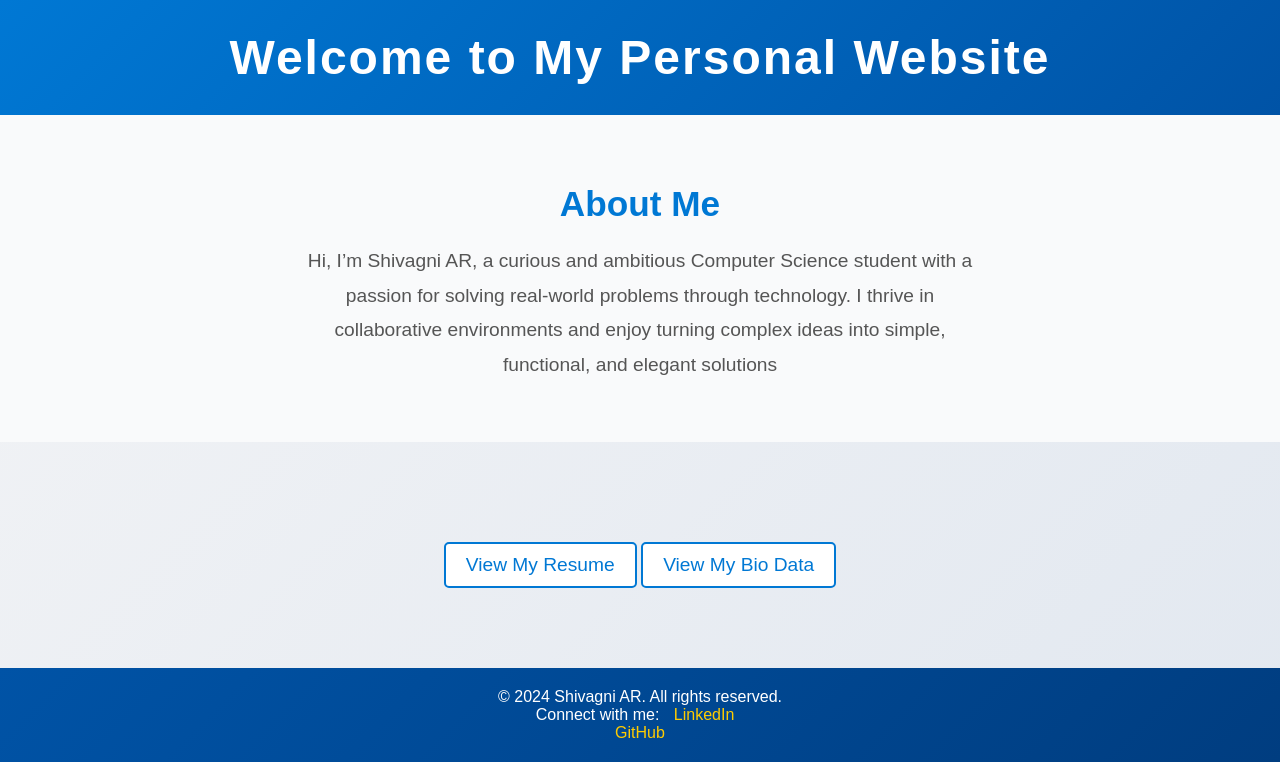
Repository: shivagni518/WEB-1
Page: index.html
These files come from the project's save history. The page is drawn as it stood at one moment and after the next save; the edit follows.
The browser window is 1280 px wide. The pictures show the whole page.

Above is the page before, as saved 2024-12-01 16:29:37.

### index.html
<!DOCTYPE html>
<html lang="en">
<head>
    <meta charset="UTF-8">
    <meta name="viewport" content="width=device-width, initial-scale=1.0">
    <title>Home - Personal Website</title>
    <style>
    /* General Styles */
    body {
        font-family: 'Poppins', sans-serif;
        margin: 0;
        padding: 0;
        background: linear-gradient(135deg, #f3f4f6, #e2e8f0);
        color: #333;
        overflow-x: hidden;
    }

    /* Header Styling */
    header {
        background: linear-gradient(135deg, #0078d4, #0053a6);
        color: white;
        text-align: center;
        padding: 30px 0;
        position: relative;
    }

    header h1 {
        font-size: 3em;
        margin: 0;
        font-weight: bold;
        letter-spacing: 2px;
    }

    nav {
        margin-top: 15px;
    }

    nav a {
        color: white;
        text-decoration: none;
        margin: 0 20px;
        font-size: 1.3em;
        padding: 8px 12px;
        border-radius: 5px;
        transition: background 0.3s, transform 0.3s;
    }

    nav a:hover {
        background: rgba(255, 255, 255, 0.2);
        transform: scale(1.1);
    }

    /* Hero Section Styling */
    .hero {
        text-align: center;
        padding: 80px 20px;
        /* background: url('https://via.placeholder.com/1920x1080') no-repeat center center/cover; */
        color: white;
        /* box-shadow: inset 0 0 2000px rgba(0, 0, 0, 0.3); */
    }

    .hero h2 {
        font-size: 2.5em;
        margin-bottom: 20px;
    }

    .hero p {
        font-size: 1.2em;
        line-height: 1.8;
        max-width: 700px;
        margin: 0 auto;
        padding: 10px;
        background: rgba(0, 0, 0, 0.5);
        border-radius: 10px;
    }

    /* Main Content */
    main {
        text-align: center;
        padding: 40px 20px;
        background-color: #f9fafb;
    }

    main h2 {
        font-size: 2.2em;
        color: #0078d4;
        margin-bottom: 20px;
    }

    main p {
        font-size: 1.2em;
        line-height: 1.8;
        max-width: 700px;
        margin: 20px auto;
        color: #555;
    }

    /* Footer Styling */
    footer {
        background: linear-gradient(135deg, #0053a6, #003d80);
        color: white;
        text-align: center;
        padding: 20px 0;
        position: relative;
    }

    footer p {
        margin: 0;
        font-size: 1em;
    }

    footer a {
        color: #ffcc00;
        text-decoration: none;
        margin: 0 10px;
        transition: color 0.3s;
    }

    footer a:hover {
        color: #ffffff;
    }

    /* Button Styles */
    .button {
        display: inline-block;
        padding: 10px 20px;
        font-size: 1.2em;
        color: #0078d4;
        background: white;
        border: 2px solid #0078d4;
        border-radius: 5px;
        text-decoration: none;
        margin-top: 20px;
        transition: background 0.3s, color 0.3s;
    }

    .button:hover {
        background: #0078d4;
        color: white;
    }
</style>
</head>
<body>
    <header>
        <h1>Welcome to My Personal Website</h1>
        <!-- <nav>
            <a href="index.html">Home</a>
            <a href="resume.html">Resume</a>
            <a href="biodata.html">Bio-data</a>
        </nav> -->
    </header>
    <main>
        <h2>About Me</h2>
        <p>
            Hi, I’m Shivagni AR, a curious and ambitious Computer Science student with a passion for solving real-world problems through technology. I thrive in collaborative environments and enjoy turning complex ideas into simple, functional, and elegant solutions
        </p>
    </main>

    <section class="hero">
        <!-- <h2>Hello, I'm Shivagni AR</h2>
        <p>
            I am passionate about Computer Science. Explore this website to learn more about my journey, skills, and achievements. Dive into my resume or bio-data to know me better!
        </p> -->
        <a href="resume.html" class="button">View My Resume</a>
        <a href="biodata.html" class="button">View My Bio Data</a>
    </section>

    <!-- <main>
        <h2>About Me</h2>
        <p>
            Welcome to my personal website! I am Shivagni AR, a SOFTWARE Engineering with a passion for New Ideas.
            I have expertise in logic thinking and a keen interest in coding.
        </p>
    </main> -->

    <footer>
        <p>&copy; 2024 Shivagni AR. All rights reserved.</p>
        <p>Connect with me:
             <a href="www.linkedin.com/in/shivagni-ar-656331263" target="_blank">LinkedIn</a></p>
            <a href="https://github.com/shivagni518">GitHub</a>
        </p>
    </footer>
</body>
</html>

After the next save:
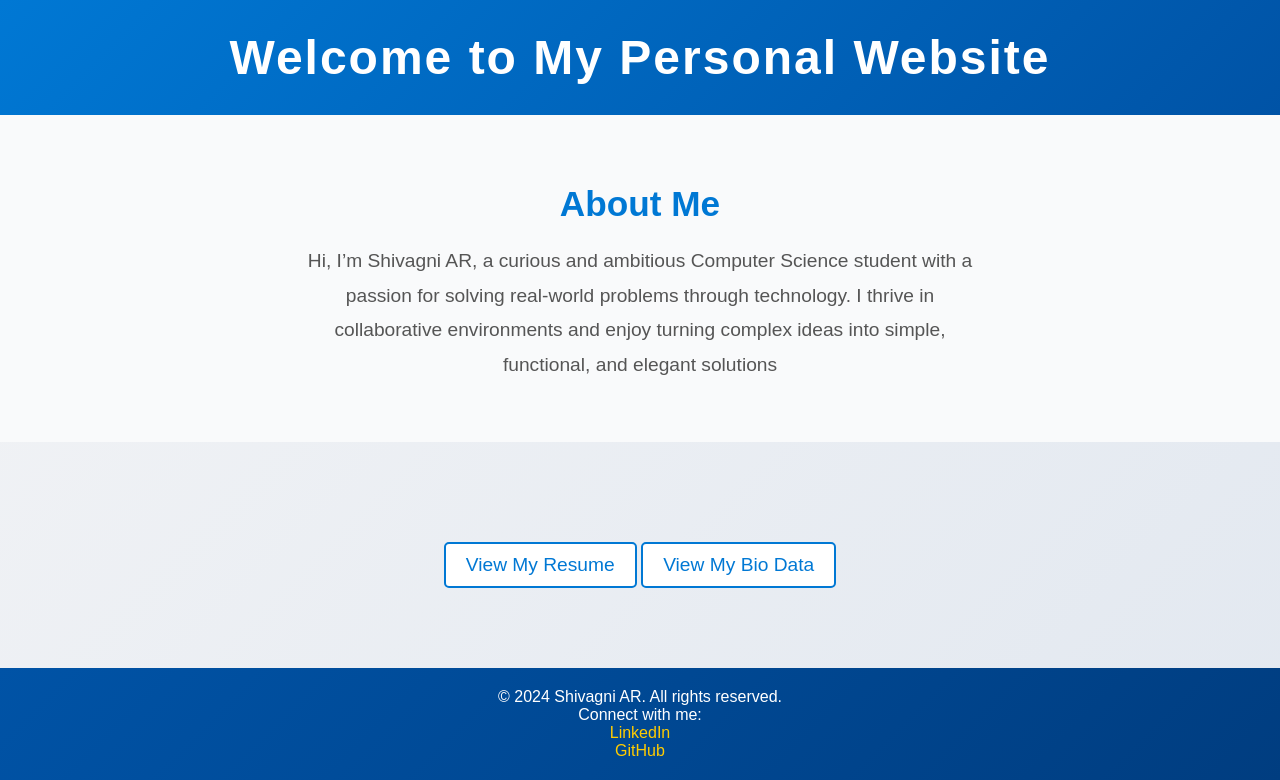
Saved 5 s later.
--- a/index.html
+++ b/index.html
@@ -176,7 +176,7 @@
     <footer>
         <p>&copy; 2024 Shivagni AR. All rights reserved.</p>
         <p>Connect with me:
-             <a href="www.linkedin.com/in/shivagni-ar-656331263" target="_blank">LinkedIn</a></p>
+             <p></p><a href="www.linkedin.com/in/shivagni-ar-656331263" target="_blank">LinkedIn</a></p>
             <a href="https://github.com/shivagni518">GitHub</a>
         </p>
     </footer>

After the 4 saves that followed:
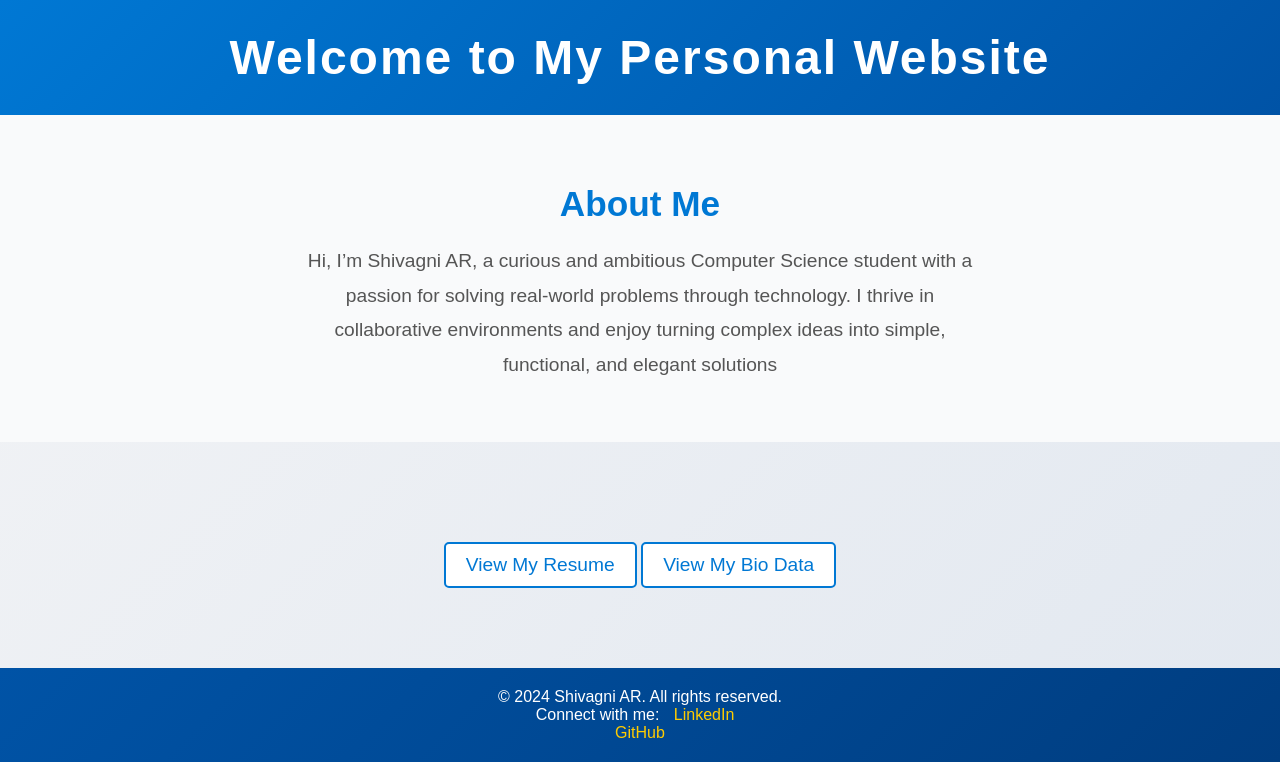
The 4 saves are shown as one change because 2 left the picture as it was and some came seconds apart.
The last was saved 66 s later.
--- a/index.html
+++ b/index.html
@@ -176,7 +176,7 @@
     <footer>
         <p>&copy; 2024 Shivagni AR. All rights reserved.</p>
         <p>Connect with me:
-             <p></p><a href="www.linkedin.com/in/shivagni-ar-656331263" target="_blank">LinkedIn</a></p>
+             <a href="www.linkedin.com/in/shivagni-ar-656331263" target="_blank">LinkedIn</a></p>
             <a href="https://github.com/shivagni518">GitHub</a>
         </p>
     </footer>
